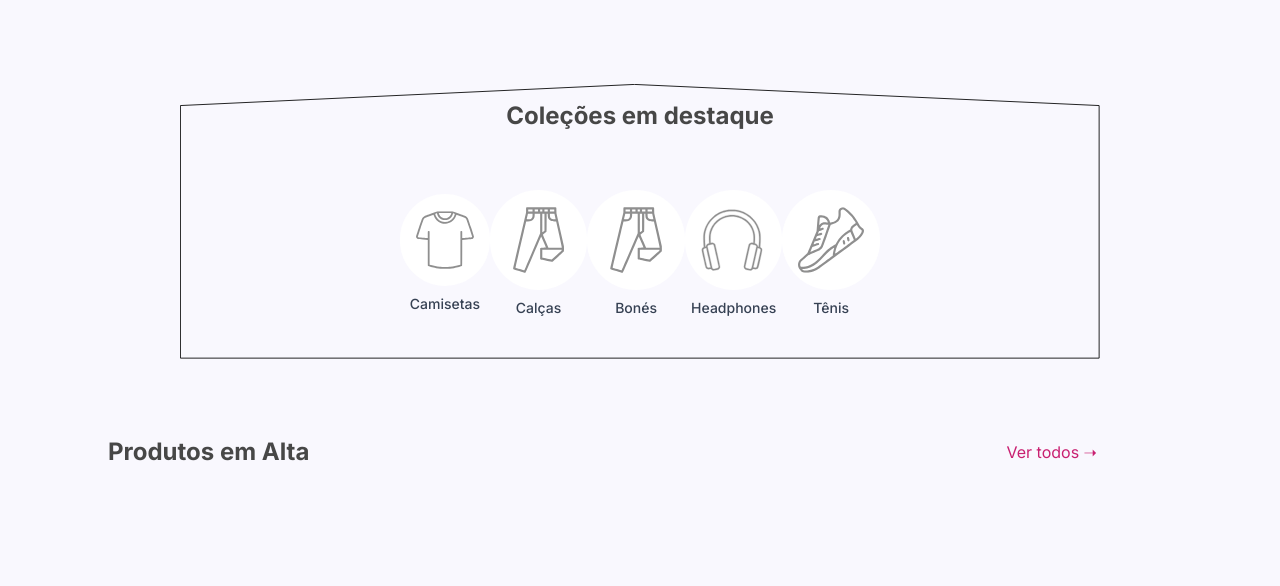
Repository: gimoli/loja-digital
Page: index.html
These files come from the project's save history. The page is drawn as it stood at one moment and after the next save; the edit follows.
The browser window is 1280 px wide. The pictures show the part of the page from y = 1294 to 1880 px (the page is 1880 px tall).

Above is the page before, as saved 2025-04-25 14:58:25.

### index.html
<!DOCTYPE html>
<html lang="pt-br">
<head>
    <meta charset="UTF-8">
    <meta name="viewport" content="width=device-width, initial-scale=1.0">
    <title>Digital Store</title>
    <link href="./style.css" rel="stylesheet">
    <script src="https://cdn.jsdelivr.net/npm/@tailwindcss/browser@4"></script>
    <link rel="shortcut icon" href="/assets/Logo-Digital.svg" type="image/x-icon">
</head>
<body>
<header class="flex flex-col gap-12 px-[108px] py-[38px]">
    <div class="flex items-center justify-between">
        <div class="flex gap-1">
            <img src="/assets/Logo-Digital.svg" alt="Logo da Digital Store">
            <h1 class="text-4xl text-(--primary-color) font-semibold">Digital Store</h1>
        </div>
        <input type="text" placeholder="Pesquisar produto..." class="bg-(--light-gray-3) py-2 px-3 rounded-lg ml-40 mr-14
         bg-[url(/assets/search.svg)] bg-no-repeat bg-right focus:placeholder-transparent w-[560px] focus:outline-none"/>
        <div>
            <a href="#" class="bg-(--primary-color) text-white rounded-lg px-7 py-3 font-bold text-sm">
                Entrar
            </a>
        </div>
        <div class="relative">
            <img src="/assets/Carrinho-preto.svg" alt="Imagem de um carrinho de compras">
            <div class="flex justify-center items-center absolute bg-(--tertiary-color) text-white font-bold text-xs rounded-full w-[18px] h-[18px] bottom-[15px] left-3">
                2
            </div>
        </div>
    </div>
    </div>
    <nav class="pl-32">
        <ul class="flex gap-6 text-(--dark-gray-2)">
            <li class="hover:text-(--primary-color) hover:font-bold">
                <a href="#">
                Home
            </a>
        </li>
            <li class="hover:text-(--primary-color) hover:font-bold">
                <a href="#">
                Produtos
            </a>
        </li>
            <li class="hover:text-(--primary-color) hover:font-bold">
                <a href="#">
                Categorias
            </a>
        </li>
            <li class="hover:text-(--primary-color) hover:font-bold">
                <a href="#">
                Meus Pedidos
            </a>
        </li>
        </ul>
    </nav>
</header>
<main>
    <section class="flex px-[108px] bg-(--light-gray-3) py-[78px] h-[680px] relative">
        <div class="flex flex-col gap-5 w-[466px]">
            <p class="text-(--warnig-color) font-bold">
                Melhores ofertas personalizadas
            </p>
            <h2 class="font-extrabold text-6xl">
                Queima de estoque Nike 🔥
            </h2>
            <p class="text-(--dark-gray-2) text-lg">
                Consequat culpa exercitation mollit nisi excepteur do do tempor laboris eiusmod irure consectetur.
            </p>
            <a href="#" class="flex items-center justify-center bg-(--primary-color) text-(--light-gray-3) font-bold w-[210px] h-[48px] rounded-lg">
                Ver Ofertas
            </a>
        </div>
        <img src="/assets/White-Sneakers-PNG-Clipart 1.svg" alt="Foto de um tenis branco" class="absolute right-28 bottom-8"/>
        <img src="/assets/ornament.svg" alt="Firula do site - by wendell" class="absolute top-12 right-8">
    </section>

    <section class="flex flex-col gap-15 px-[108px] py-[42px] bg-(--sec-color)">
        <div class="flex flex-col gap-10">
            <h4 class="text-(--dark-gray-2) font-bold text-2xl">
                Coleções em destaque
            </h4>
            <ul class="grid grid-cols-3 gap-3.5 h-68">
                <li  class="flex bg-[#D8E3F2] pl-8 pt-8 rounded-md relative bg-[url(/assets/star-wars-shirt-pic.svg)] bg-no-repeat bg-bottom-right">
                    <div class="w-1/2 z-10">
                    <p class="bg-[#E7FF86] rounded-4xl font-bold text-(--dark-gray-2) w-[96px] text-center py-1.5 text-sm">
                        30% OFF
                    </p>
                    <h5 class="font-bold text-(--dark-gray) text-4xl mt-2.5 mb-8">
                        Novo drop Supreme
                    </h5>
                    <a href="#" class="text-(--primary-color) bg-white rounded-xl font-bold px-12 py-4.5">
                        Comprar
                    </a>
                </div>
                </li>
                <li  class="flex bg-[#D8E3F2] pl-8 pt-8 rounded-md relative bg-[url(/assets/sneaks-pic.svg)] bg-no-repeat bg-bottom-right">
                    <div class="w-1/2 z-10">
                    <p class="bg-[#E7FF86] rounded-4xl font-bold text-(--dark-gray-2) w-[96px] text-center py-1.5 text-sm">
                        30% OFF
                    </p>
                    <h5 class="font-bold text-(--dark-gray) text-4xl mt-2.5 mb-8">
                        Coleção Adidas
                    </h5>
                    <a href="#" class="text-(--primary-color) bg-white rounded-xl font-bold px-12 py-4.5">
                        Comprar
                    </a>
                </div>
                </li>
                <li  class="flex bg-[#D8E3F2] pl-8 pt-8 rounded-md relative bg-[url(/assets/headphone-pic.svg)] bg-no-repeat bg-bottom-right">
                    <div class="w-1/2 z-10">
                    <p class="bg-[#E7FF86] rounded-4xl font-bold text-(--dark-gray-2) w-[96px] text-center py-1.5 text-sm">
                        30% OFF
                    </p>
                    <h5 class="font-bold text-(--dark-gray) text-4xl mt-2.5 mb-8">
                        Novo<br> Beats Bass
                    </h5>
                    <a href="#" class="text-(--primary-color) bg-white rounded-xl font-bold px-12 py-4.5">
                        Comprar
                    </a>
                </div>
                </li>
            </ul>
        </div>

    </section>

    <section class="relative flex flex-col gap-15 px-[180px] py-[42px] bg-(--sec-color)">

        <div class="flex flex-col gap-10 relative">
            <img src="/assets/borda.svg" alt="foto da borda" class="absolute left-0 top-0 " />
            <h4 class="text-(--dark-gray-2) font-bold text-2xl text-center py-4">
                Coleções em destaque
            </h4>
        </div>
    </section>


        <section class="flex justify-evenly items-center px-100 bg-(--sec-color)">
            <div class="flex flex-col items-center">
        <div class="bg-(--white) rounded-full p-4 w-fit">
            <img src="assets/T-shirt.svg" alt="Foto da blus" class=" w-[60px] h-[60px] ">
        </div>
        <span class="mt-2 text-sm font-medium text-gray-700">Camisetas</span>
</div>
            <div class="flex flex-col items-center">
                <div class="bg-(--white) rounded-full p-4 w-fit">
                    <img src="assets/Pants.svg" alt="Foto da calça"  class=" w-17 h-17">
            </div>
                <span class="mt-2 text-sm font-medium text-gray-700">Calças</span>
            </div>

            <div class="flex flex-col items-center">
            <div class="bg-(--white) rounded-full p-4 w-fit">
              <img src="assets/Pants.svg" alt="era para ser o bone"  class=" w-17 h-17">
            </div>
            <span class="mt-2 text-sm font-medium text-gray-700">Bonés</span>
            </div>

            <div class="flex flex-col items-center">
            <div class="bg-(--white) rounded-full p-4 w-fit">
              <img src="assets/Headphones-colecoes-em-destaque.svg" alt="Foto do fone de ouvido"  class=" w-17 h-17">
            </div>
            <span class="mt-2 text-sm font-medium text-gray-700">Headphones</span>
            </div>

            <div class="flex flex-col items-center">
            <div class="bg-(--white) rounded-full p-4 w-fit">
              <img src="assets/Tenis.svg" alt="Foto do Tênis"  class=" w-17 h-17">
            </div>
            <span class="mt-2 text-sm font-medium text-gray-700">Tênis</span>
            </div>

    </section>
    <section class="flex flex-col gap-15 px-[108px] py-[42px] bg-(--sec-color)">
        <div class="flex flex-col gap-10">
            <div class="flex justify-between items-center">
                <h4 class="text-(--dark-gray-2) font-bold text-2xl py-19">
                    Produtos em Alta
                </h4>
                <a href="#" class="text-(--primary-color) mr-[75px]">
                    Ver todos ➝
                </a>
            </div>
        </div>
    </section>
</main>
</body>
</html>

### style.css
@import url('https://fonts.googleapis.com/css2?family=Inter:ital,opsz,wght@0,14..32,100..900;1,14..32,100..900&display=swap');

:root {
    --dark-gray: #1F1F1F;
    --dark-gray-2: #474747;
    --dark-gray-3: #666666;
    --light-gray: #8F8F8F;
    --light-gray-2: #CCCCCC;
    --light-gray-3: #F5F5F5;
    --white: #FFFFFF;
    --sec-color: #F9F8FE;
    --primary-color: #C92071;
    --secondary-color: #B5B6F2;
    --tertiary-color: #991956;
    --error-color: #EE4266;
    --success-color: #52CA76;
    --warnig-color: #F6AA1C;
    --primary-gradient: 180deg, #C92071, #EDABCA;
    --secondary-gradient: 180deg, #B5B6F2, #EFEFFF;
}

* {
    font-family: "Inter", sans-serif;
    box-sizing: border-box;
}

After the next save:
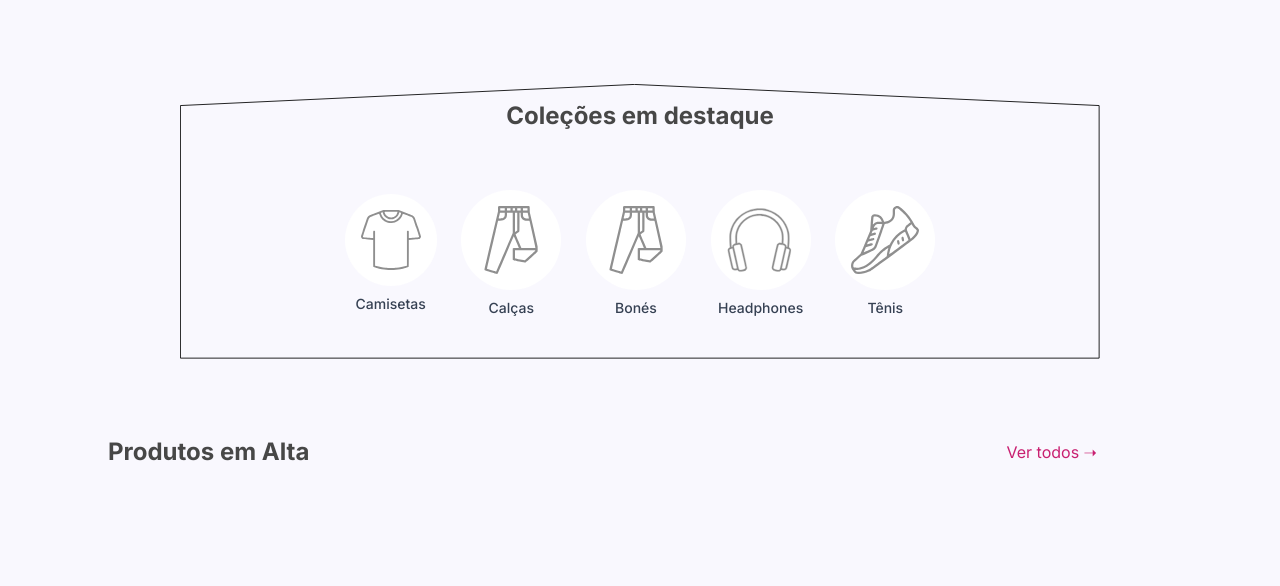
Saved 6 s later.
--- a/index.html
+++ b/index.html
@@ -136,7 +136,7 @@
     </section>
 
 
-        <section class="flex justify-evenly items-center px-100 bg-(--sec-color)">
+        <section class="flex justify-evenly items-center px-80 bg-(--sec-color)">
             <div class="flex flex-col items-center">
         <div class="bg-(--white) rounded-full p-4 w-fit">
             <img src="assets/T-shirt.svg" alt="Foto da blus" class=" w-[60px] h-[60px] ">
